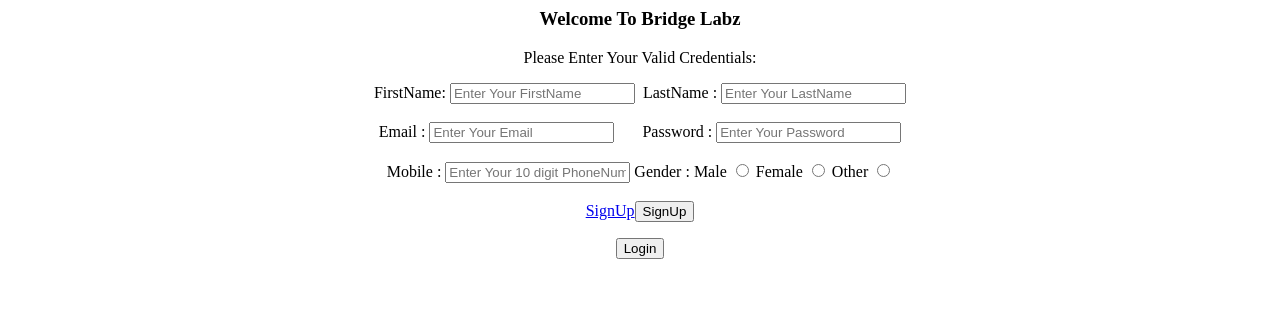
Repository: msibgathulla9980/Servlet
Page: ServletJdbcApp/WebContent/Registration.html
An editor plug-in stored every save of this project. The page is shown before and after the next save, followed by the edit.
The browser window is 1280 px wide. The pictures show the whole page.

Above is the page before, as saved 2019-01-23 10:10:17.

After the next save:
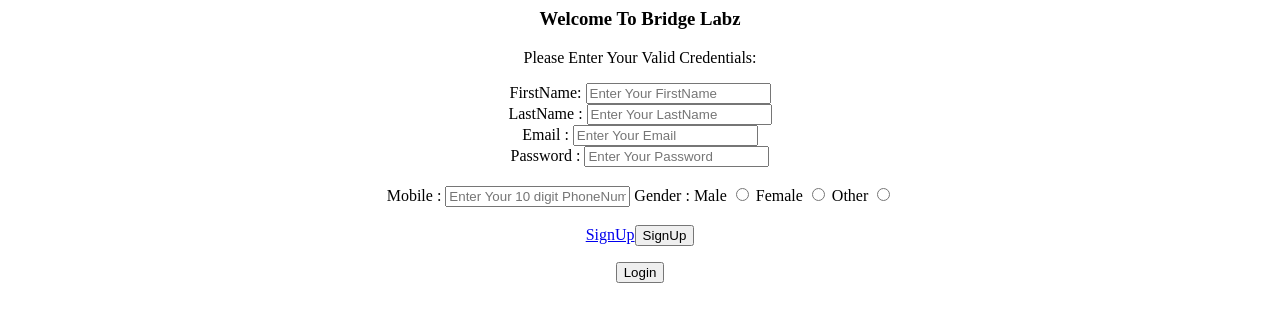
Saved 13 min 18 s later.
--- a/ServletJdbcApp/WebContent/Registration.html
+++ b/ServletJdbcApp/WebContent/Registration.html
@@ -7,9 +7,9 @@
 <body>
 <center>
 <form action="Register" method="post">
-FirstName: <input type="text" name="firstName" placeholder="Enter Your FirstName" required/>&nbsp
-LastName : <input type="text" name="lastName" placeholder="Enter Your LastName" required/><br><br>
-Email    : <input type="email" name="email" placeholder="Enter Your Email" required/>&nbsp&nbsp&nbsp&nbsp&nbsp&nbsp
+FirstName: <input type="text" name="firstName" placeholder="Enter Your FirstName" required/><br>
+LastName : <input type="text" name="lastName" placeholder="Enter Your LastName" required/><br>
+Email    : <input type="email" name="email" placeholder="Enter Your Email" required/><br>
 Password : <input type="password" name="password" placeholder="Enter Your Password" required/><br><br>
 Mobile   : <input type="text" name="phoneNumber" placeholder="Enter Your 10 digit PhoneNumber" required/>
 Gender   :
